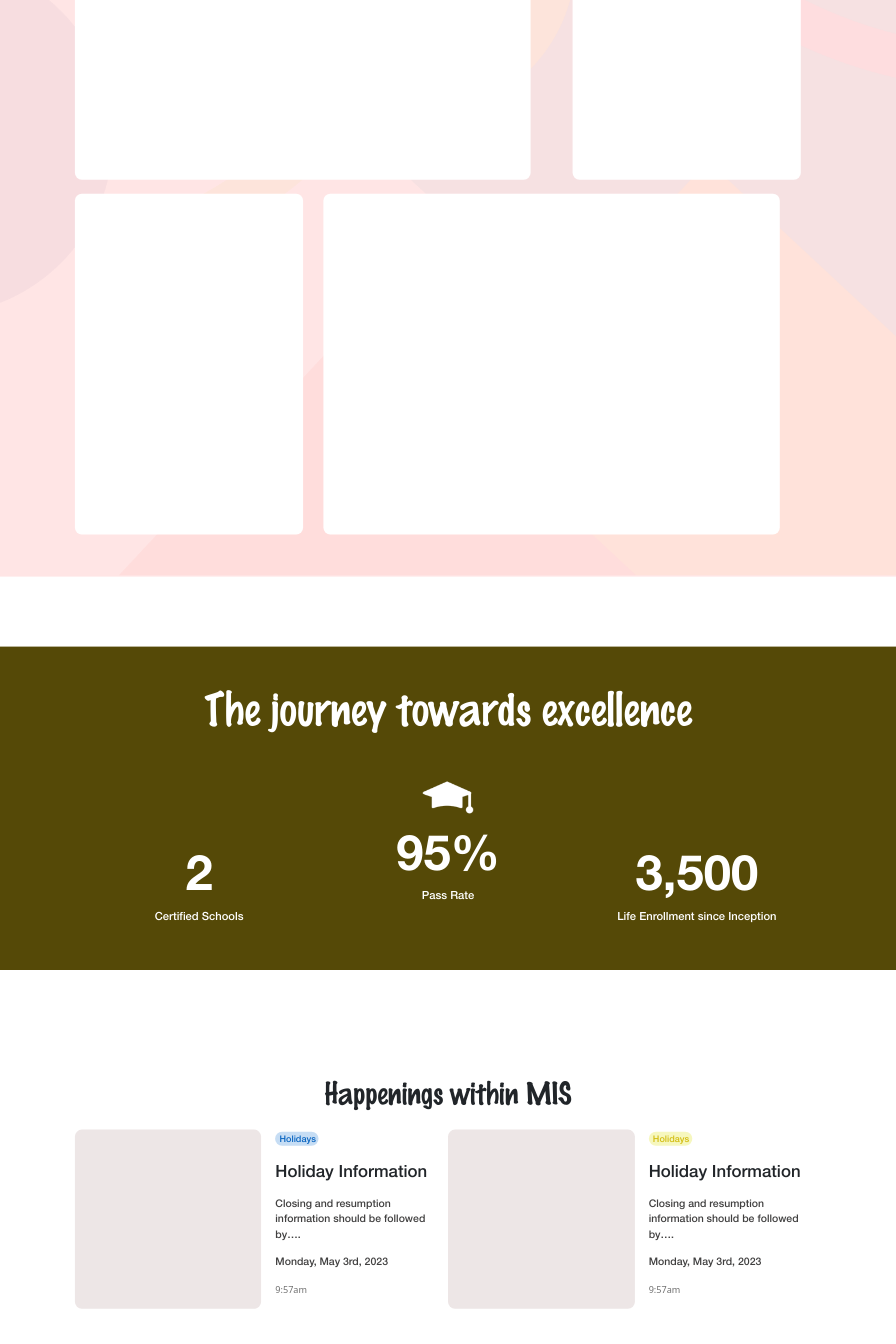
Repository: sarahnnanyelugo/MIGS
Page: /
The author's editor kept a copy of each file at every save. The page is drawn from the files as they stood at one save, then again after the next save.
The browser window is 1280 px wide. The pictures show the part of the page from y = 3134 to 5054 px (the page is 5054 px tall), at 70% of full size.
The project was rebuilt for these pictures with package versions that can differ from the ones it lists, and the page was loaded fresh each time.

Above is the page before, as saved 2023-05-30 13:52:38.

After the next save:
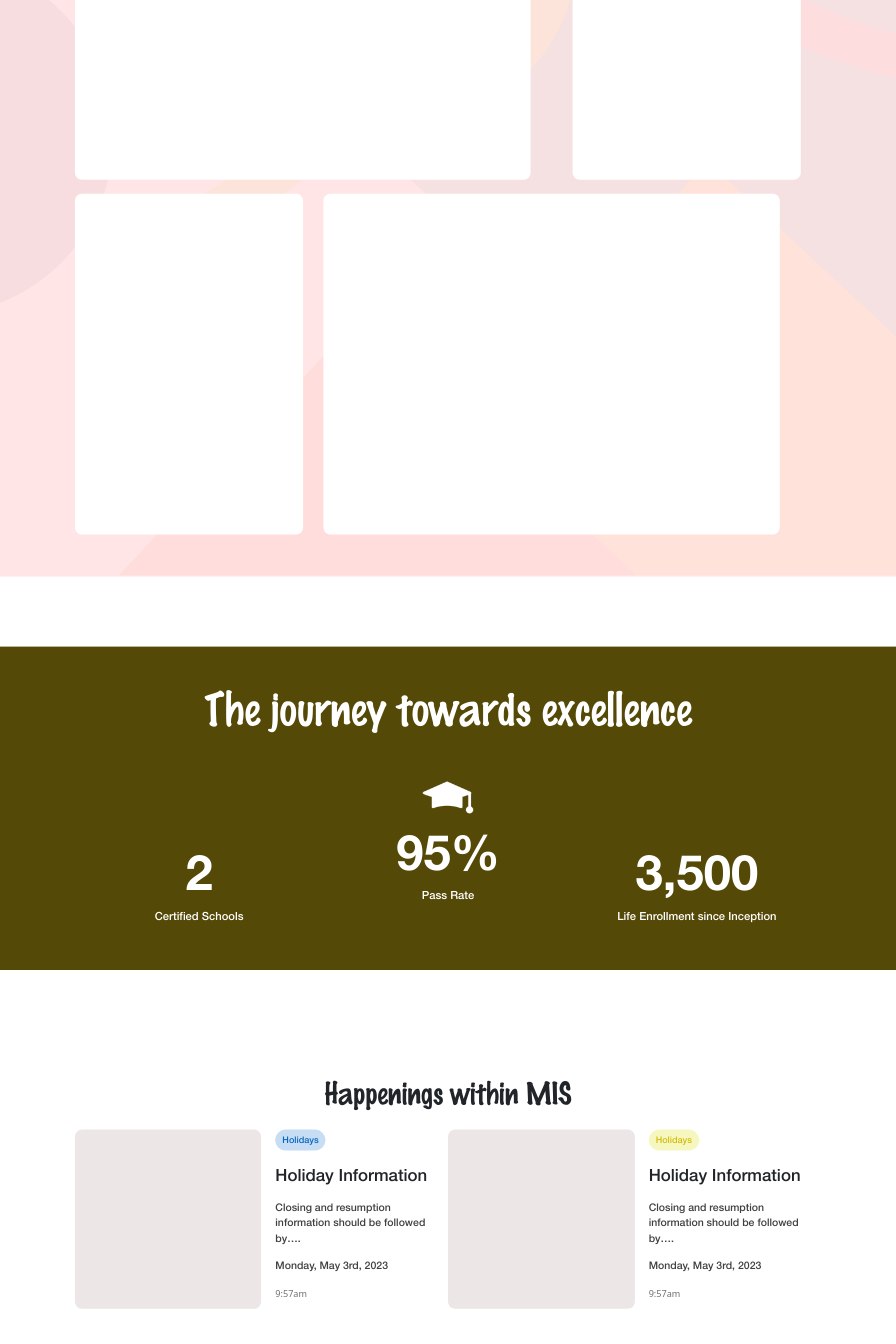
Saved 14 s later.
--- a/src/pages/Home/home.scss
+++ b/src/pages/Home/home.scss
@@ -135,8 +135,8 @@
     }
     button {
       border: none;
-      width: 62px;
-      height: 20px;
+      width: 72px;
+      height: 30px;
       font-size: 13px;
       font-family: helveticaM;
       border-radius: 35px;
